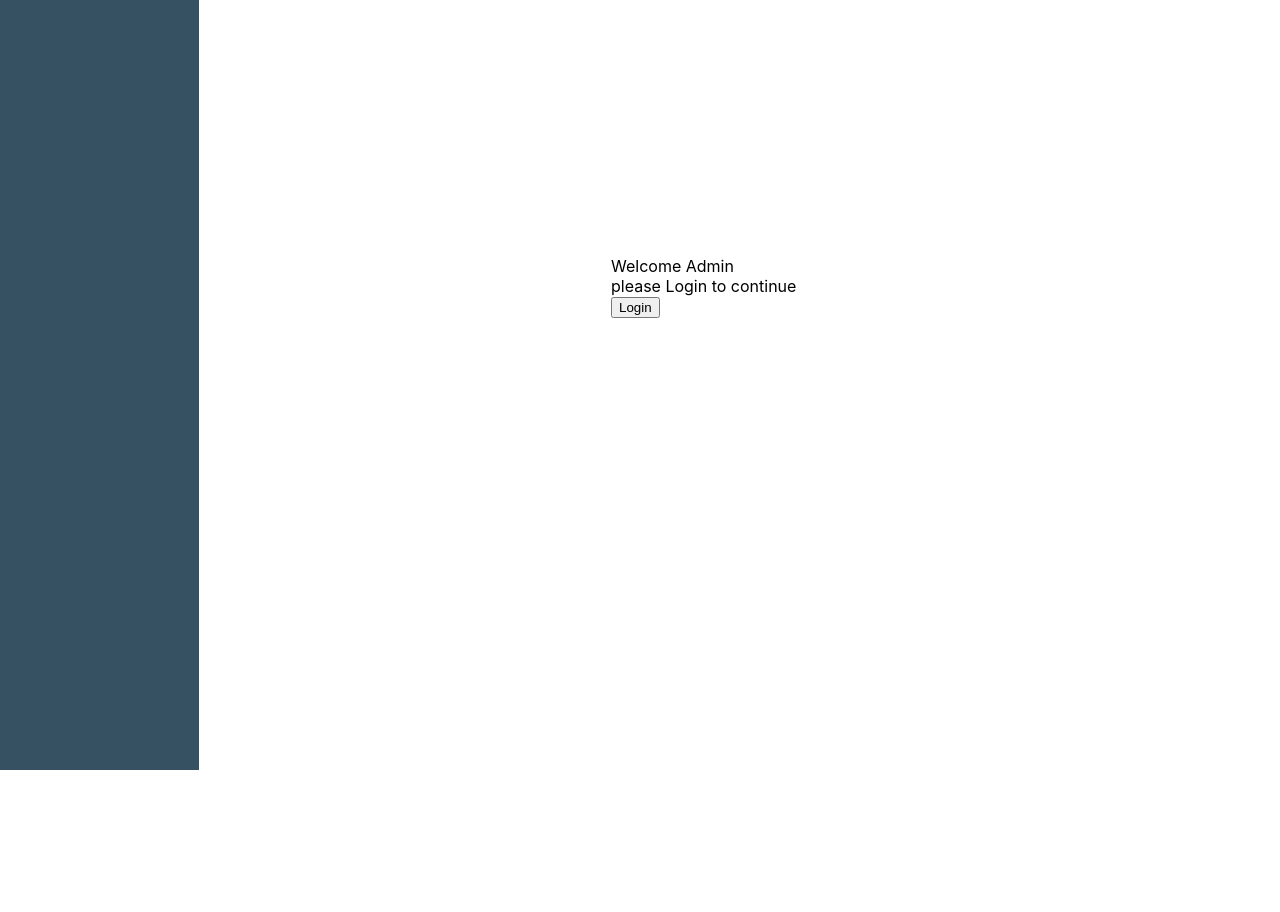
Repository: tatvanhco/shopee-admin
Page: /login
These files come from the project's save history. The page is drawn as it stood at one moment and after the next save; the edit follows.
The browser window is 1280 px wide. The pictures show the whole page.
The project was rebuilt for these pictures with package versions that can differ from the ones it lists, and the page was loaded fresh each time. Also part of the build but not shown: src/components/common/NotFound.tsx, src/components/common/PrivateRoute.tsx, src/components/layout/Innercontext.tsx, src/components/layout/dashboard.tsx, src/components/layout/productManager.tsx, src/components/layout/ManageOrders.tsx, src/components/layout/catalogManager.tsx, src/components/layout/customerManager.tsx and 5 more.

Above is the page before, as saved 2022-09-28 17:19:57.

### src/index.tsx
import React from 'react';
import { createRoot } from 'react-dom/client';
import { Provider } from 'react-redux';
import { store } from './app/store';
import App from './App';
import reportWebVitals from './reportWebVitals';
import './index.scss';
import { BrowserRouter } from 'react-router-dom';

const container = document.getElementById('root')!;
const root = createRoot(container);

root.render(
    <React.StrictMode>
        <Provider store={store}>
            <BrowserRouter>
                <App />
            </BrowserRouter>
        </Provider>
    </React.StrictMode>,
);

// If you want to start measuring performance in your app, pass a function
// to log results (for example: reportWebVitals(console.log))
// or send to an analytics endpoint. Learn more: https://bit.ly/CRA-vitals
reportWebVitals();

### src/app/store.ts
import { configureStore, ThunkAction, Action, getDefaultMiddleware } from '@reduxjs/toolkit';
import createSagaMiddleware from '@redux-saga/core';

const sagaMiddleware = createSagaMiddleware();

export const store = configureStore({
    reducer: {},
    middleware: (getDefaultMiddleware) => getDefaultMiddleware().concat(sagaMiddleware),
});

export type AppDispatch = typeof store.dispatch;
export type RootState = ReturnType<typeof store.getState>;
export type AppThunk<ReturnType = void> = ThunkAction<ReturnType, RootState, unknown, Action<string>>;

### src/App.tsx
import SideBar from 'components/layout/Sidebar';
import MainRouter from 'routes/mainRouter';
import './App.scss';
import './asset/globalStyle/globalStyle.scss';

function App() {
    return (
        <div className="App">
            <SideBar />
            <div className="App__Content">
                <div className="warpper">
                    <MainRouter />
                </div>
            </div>
        </div>
    );
}

export default App;

### src/components/layout/Sidebar.tsx
import * as React from 'react';
import clsx from 'clsx';
import { Link, useLocation, useNavigate } from 'react-router-dom';
import styles from './layout.module.scss';

const SideBar = () => {
    const location = useLocation();
    const navigate = useNavigate();

    const useAuth = () => {
        const checkLogin = localStorage.getItem('user');
        if (checkLogin) {
            return true;
        } else {
            return false;
        }
    };

    const user = useAuth();
    const handleLogout = () => {
        localStorage.removeItem('user');
        navigate('/login');
    };
    return (
        <div className={styles.sideBar}>
            <div className={styles.sideBar__items}>
                {user && (
                    <>
                        <Link
                            to="/dashboard"
                            className={clsx(
                                location.pathname === '/dashboard' ? styles.sidebar_active : '',
                                styles.sideBar__item,
                            )}
                        >
                            Thống kê
                        </Link>
                        <Link
                            to="/productManager"
                            className={clsx(
                                location.pathname === '/productManager' ? styles.sidebar_active : '',
                                styles.sideBar__item,
                            )}
                        >
                            Quản lý sản phẩm
                        </Link>
                        <Link
                            to="/customerManager"
                            className={clsx(
                                location.pathname === '/customerManager' ? styles.sidebar_active : '',
                                styles.sideBar__item,
                            )}
                        >
                            Quản lý khách hàng
                        </Link>
                        <Link
                            to="/emloyeeManager"
                            className={clsx(
                                location.pathname === '/emloyeeManager' ? styles.sidebar_active : '',
                                styles.sideBar__item,
                            )}
                        >
                            Quản lý nhân viên
                        </Link>
                        <Link
                            to="/catalogManager"
                            className={clsx(
                                location.pathname === '/catalogManager' ? styles.sidebar_active : '',
                                styles.sideBar__item,
                            )}
                        >
                            Quản lý danh mục
                        </Link>
                        <Link
                            to="/manageOrders"
                            className={clsx(
                                location.pathname === '/manageOrders' ? styles.sidebar_active : '',
                                styles.sideBar__item,
                            )}
                        >
                            Quản lý đơn hàng
                        </Link>
                        <Link
                            to="/inventoryManagement"
                            className={clsx(
                                location.pathname === '/inventoryManagement' ? styles.sidebar_active : '',
                                styles.sideBar__item,
                            )}
                        >
                            Quản lý kho
                        </Link>
                        {location.pathname !== '/login' && (
                            <button onClick={handleLogout} className={styles.logout_btn}>
                                Đăng xuất
                            </button>
                        )}
                    </>
                )}
                {!user}
            </div>
        </div>
    );
};

export default SideBar;

### src/routes/mainRouter.tsx
import { PrivateRoute, PublicRoute } from 'components/common';
import {
    CatalogManager,
    CustomerManager,
    Dashboard,
    EmloyeeManager,
    InnerContent,
    InventoryManagement,
    ManageOrders,
    ProductManager,
} from 'components/layout';
import LoginPage from 'features/auth/pages/loginPage';
import * as React from 'react';
import { Navigate, Route, Routes } from 'react-router-dom';
const MainRouter = () => (
    <Routes>
        <Route path="/" element={<PrivateRoute />}>
            <Route path="/" element={<InnerContent />}>
                <Route path="/" element={<Navigate replace to="/dashboard" />} />
                <Route path="/dashboard" element={<Dashboard />} />
                <Route path="/productManager" element={<ProductManager />} />
                <Route path="/customerManager" element={<CustomerManager />} />
                <Route path="/emloyeeManager" element={<EmloyeeManager />} />
                <Route path="/catalogManager" element={<CatalogManager />} />
                <Route path="/manageOrders" element={<ManageOrders />} />
                <Route path="/inventoryManagement" element={<InventoryManagement />} />
            </Route>
        </Route>
        <Route path="login" element={<PublicRoute />}>
            <Route path="/login" element={<LoginPage />}></Route>
        </Route>
    </Routes>
);

export default MainRouter;

### src/App.scss
.App {
    display: flex;
}

.App__Content {
    position: relative;
    left: 15%;
    right: 0;
    top: 0;
    bottom: 0;
    width: calc(100% - 15%);
}

.warpper {
    padding: 0 2rem;
}

### src/components/layout/layout.module.scss
.sideBar {
    width: calc(100% - 86%);
    background-color: #365262;
    color: #ebf8fe;
    padding-top: 50px;
    padding-left: 20px;
    height: 100vh;
    position: fixed;
}

.sideBar__items {
    display: flex;
    flex-direction: column;
}

.sideBar__item {
    text-decoration: none;
    color: #fff;
    font-size: 20px;
    font-weight: 600;
    margin: 10px 0;

    &:hover {
        color: aqua;
    }
}

.logout_btn {
    width: 70%;
    height: 30px;
    border: none;
    outline: none;
    border-radius: 20px;
    margin: 20px;
}

.sidebar_active {
    background-color: hsla(0, 0%, 100%, 0.1);
}

### src/components/common/index.ts
export * from './NotFound';
export * from './PrivateRoute';
export * from './publicRouter';

### src/components/layout/index.ts
export * from './Innercontext';
export * from './Sidebar';
export * from './dashboard';
export * from './productManager';
export * from './ManageOrders';
export * from './catalogManager';
export * from './customerManager';
export * from './emloyeeManager';
export * from './inventoryManagement';
export * from './statistical';
export * from './adminLayout';

### src/features/auth/pages/loginPage.tsx
import * as React from 'react';
import { useNavigate } from 'react-router-dom';
import styles from './pages.module.scss';

export default function LoginPage() {
    const navigate = useNavigate();
    const handleLogin = () => {
        localStorage.setItem('user', JSON.stringify({ role: 'Admin' }));
        navigate('/dashboard');
    };
    return (
        <div className={styles.Login_from}>
            <div>Welcome Admin</div>
            <div>please Login to continue</div>
            <button onClick={handleLogin}>Login</button>
        </div>
    );
}

### src/components/common/publicRouter.tsx
import * as React from 'react';
import { Navigate, Outlet, Route } from 'react-router-dom';

const useAuth = () => {
    const checkLogin = localStorage.getItem('user');
    if (checkLogin) {
        return true;
    } else {
        return false;
    }
};

export function PublicRoute(props: any) {
    const checkLogin = useAuth();
    return checkLogin ? <Navigate to="/dashboard" /> : <Outlet />;
}

### src/features/auth/pages/pages.module.scss
.Login_from {
    width: 250px;
    height: 400px;
    margin: 25% auto;
}

Loaded but not shown: public/index.html (common file); src/reportWebVitals.ts (common file); src/index.scss (common file)

After the next save:
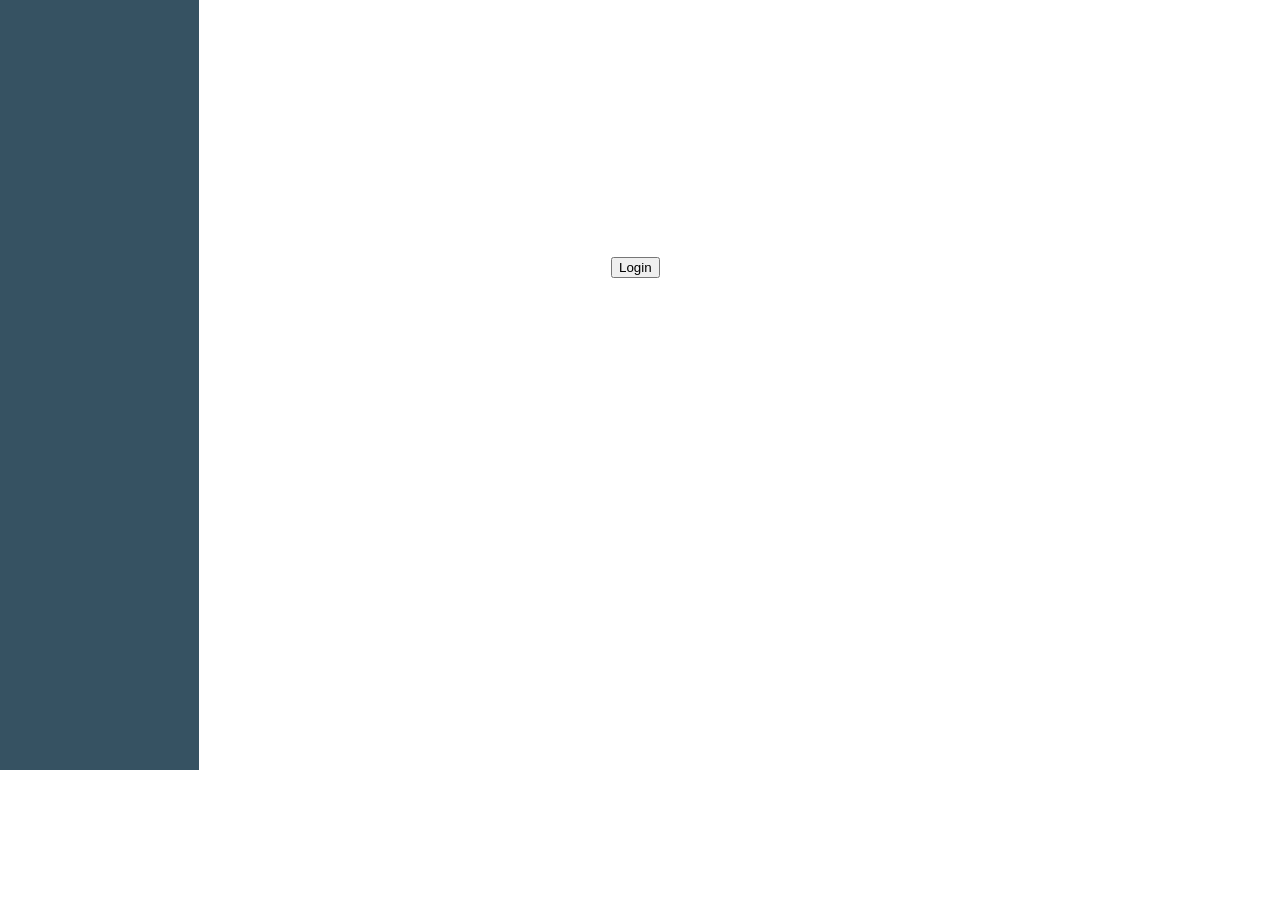
Saved 54 s later.
--- a/src/features/auth/pages/loginPage.tsx
+++ b/src/features/auth/pages/loginPage.tsx
@@ -10,8 +10,7 @@ export default function LoginPage() {
     };
     return (
         <div className={styles.Login_from}>
-            <div>Welcome Admin</div>
-            <div>please Login to continue</div>
+
             <button onClick={handleLogin}>Login</button>
         </div>
     );
